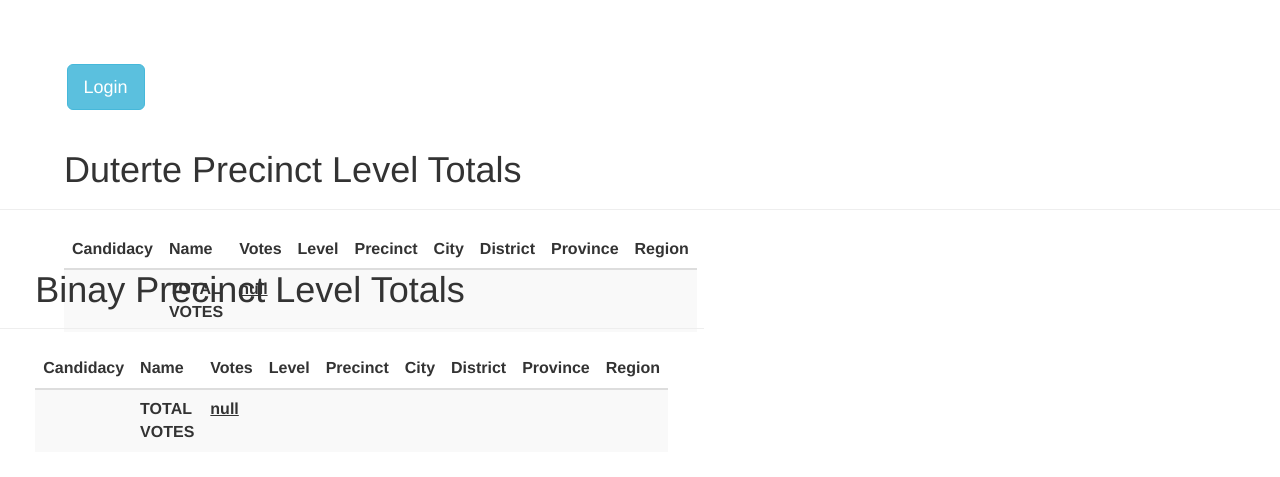
Repository: acbalutan/softdev-cencas-team_apink
Page: http://localhost/AES/index.jsp
An editor plug-in stored every save of this project. The page is shown before and after the next save, followed by the edit.
The browser window is 1280 px wide. The pictures show the whole page.
The page is served by Tomcat 9. Queries for data that is not in the repository find no rows.

Above is the page before, as saved 2016-02-26 11:03:43.
Console error (its wording comes from the project's code and is left out).

After the next save:
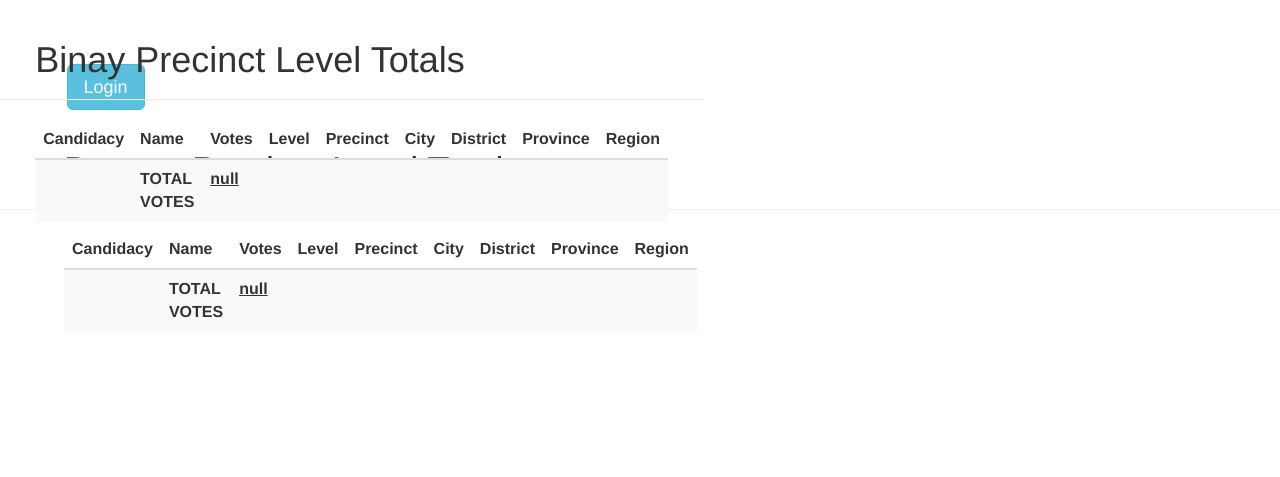
Saved 21 s later.
--- a/workspace/AES/WebContent/index.jsp
+++ b/workspace/AES/WebContent/index.jsp
@@ -79,7 +79,7 @@
 	</table>
 </div>
 
-<div style="position: absolute;">
+<div style="position: absolute; top: 0%;">
 	<div class="page-header" style="padding-left: 5%;">
 		<h1>Binay Precinct Level Totals</h1>
 	</div>
